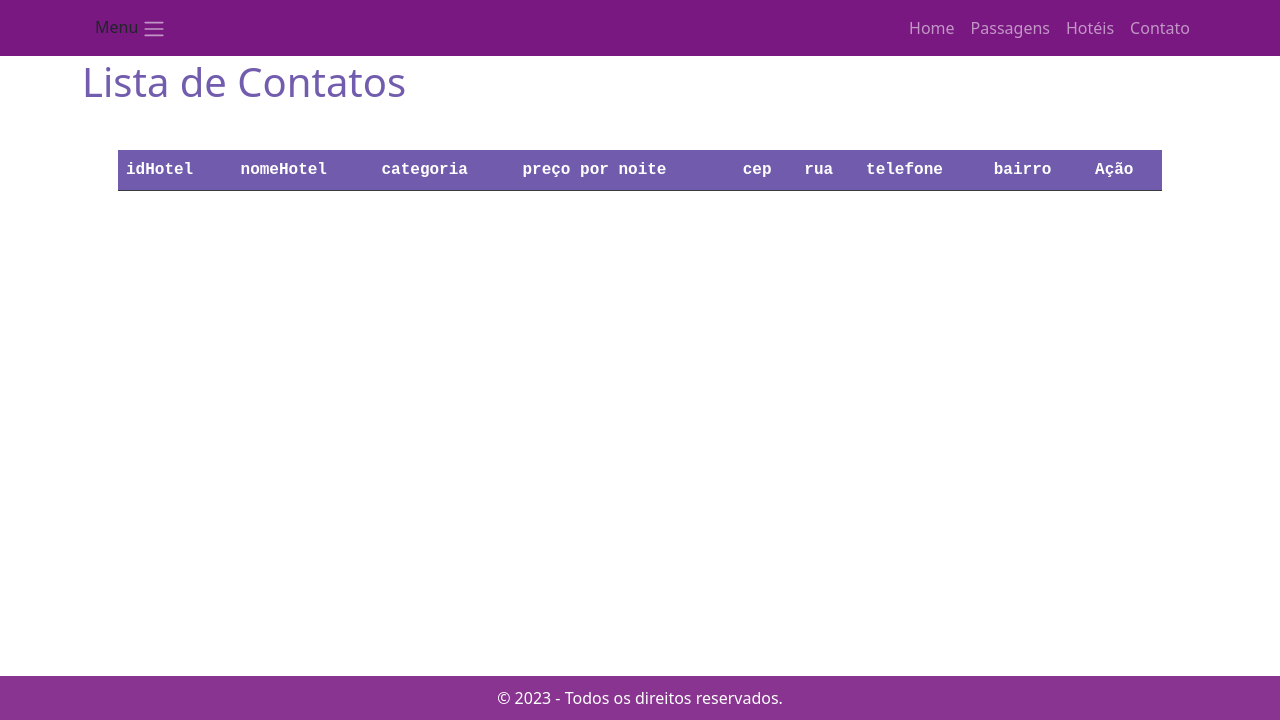
Repository: gabilorpi/AgenciaSpringMVC
Page: http://localhost/views/hotel/atualizar
The author's editor kept a copy of each file at every save. The page is drawn from the files as they stood at one save, then again after the next save.
The browser window is 1280 px wide. The pictures show the whole page.
The page is this project's Thymeleaf template; nobody is signed in. The template is opened directly, without the code that normally fills it, so the values that code supplies are empty.

Above is the page before, as saved 2023-12-12 17:42:45.

### AgenciaSpringMVC/src/main/resources/templates/views/hotel/atualizar.html
<!DOCTYPE html>
<html lang="pt-br" xmlns:th="http://www.thymeleaf.org">

<head>
	<meta charset="UTF-8">
	<meta name="viewport" content="width=device-width, initial-scale=1.0">
	<link rel="stylesheet" href="https://cdnjs.cloudflare.com/ajax/libs/twitter-bootstrap/5.3.0/css/bootstrap.min.css">
	<link rel="stylesheet" href="https://cdnjs.cloudflare.com/ajax/libs/font-awesome/6.0.0-beta3/css/all.min.css">
	<title>Buscadores de Aventuras</title>
	<meta charset="UTF-8">
	<title>Insert title here</title>

	<style>
		nav {
			margin-bottom: 2px;
			background-color: #791881;
		}

		.navbar-brand {
			width: 70px;
			height: auto;
		}

		header,
		footer {
			width: 100%;
			padding: 10px;
			display: flex;
			justify-content: center;
			align-items: center;
			background: rgba(121, 24, 129, 0.877);
			color: #ffffff;
			box-sizing: border-box;
			position: absolute;
			bottom: 0;
		}

		h1 {
			margin-bottom: 20px;
			color: #5f46a3e1;
		}

		.table {
			position: relative;
			background-color: #fff;
			font-family: 'Courier New', Courier, monospace;
		}

		.table th {
			background-color: #5f46a3e1;
			color: #fff;
			font-family: 'Courier New', Courier, monospace;
		}
	</style>

</head>

<body>

	<nav class="navbar navbar-expand-lg navbar-dark">
		<div class="container">
			<button class="btn btn" type="button" data-bs-toggle="offcanvas" data-bs-target="#offcanvasRight"
				aria-controls="offcanvasRight">
				Menu
				<span class="navbar-toggler-icon"></span>
			</button>
			<div class="collapse navbar-collapse" id="navbarNav">
				<ul class="navbar-nav ms-auto">
					<li class="nav-item">
						<a class="nav-link" href="">Home</a>
					</li>
					<li class="nav-item">
						<a class="nav-link" href="">Passagens</a>
					</li>
					<li class="nav-item">
						<a class="nav-link" href="./././hotel.html">Hotéis</a>
					</li>
					<li class="nav-item">
						<a class="nav-link" href="">Contato</a>
					</li>
				</ul>
			</div>
		</div>
	</nav>

	<main class="container" id="main-container">
		<h1>Lista de Contatos</h1>
		<div class="container">
			<div class="p-4">

				<table class="table table-hover">
					<thead class="table-dark">
						<tr>
							<th scope="col">idHotel</th>
							<th scope="col">nomeHotel</th>
							<th scope="col">categoria</th>
							<th scope="col">preço por noite</th>
							<th scope="col">cep</th>
							<th scope="col">rua</th>
							<th scope="col">telefone</th>
							<th scope="col">bairro</th>
							<th scope="col">Ação</th>
						</tr>
					</thead>
					<tbody>

						<tr th:each="hotel : ${hoteis}">
							<td th:text="${hotel.idHotel}"></td>
							<td th:text="${hotel.nomeHotel}" class="name"></td>
							<td th:text="${hotel.categoria}"></td>
							<td th:text="${hotel.PrecoPorNoite}"></td>
							<td th:text="${hotel.cep}"></td>
							<td th:text="${hotel.rua}"></td>
							<td th:text="${hotel.telefone}"></td>
							<td th:text="${hotel.bairro}"></td>


							<td>
								<div class="d-flex">

										<a th:href="@{'/hotel'}" data-bs-toggle="modal"
											th:data-bs-target="'#exampleModal' + ${hotel.idHotel}"
											class="btn btn-warning" title="Editar">
											<i class="fas fa-edit"></i>
										</a>

										<a th:href="@{'/hotel/' + ${hotel.idHotel} + '/excluir'}"
											class="btn btn-danger" title="Cancelar"
											onclick="return confirm('Deseja excluir  hotel?')">
											<i class="fas fa-trash"></i>
										</a>
									</div>


									<!-- Modal 	-->
									<div class="modal fade" th:id="'exampleModal' + ${hotel.idHotel}" tabindex="-1"
										aria-labelledby="exampleModalLabel" aria-hidden="true">
										<div class="modal-dialog">
											<div class="modal-content">
												<div class="modal-header">
													<h1 class="modal-title fs-5" id="exampleModalLabel">Modal
														title</h1>
													<button type="button" class="btn-close" data-bs-dismiss="modal"
														aria-label="Close"></button>
												</div>
												<div class="modal-body">
													<form th:action="@{/hotel/atualizar}" method="post"
														th:object="${hotel}">
														<h2 class="text-center">Atualizar</h2>

														<input type="hidden" id="idHotel" name="idHotel"
															class="form-control" th:value="${hotel.idHotel}" />


															<div class="form-group mb-3">
															<label for="nomeHotel" class="form-label">
																Nome
															</label>
															<input type="text" id="nomeHotel" name="nomeHotel"
																class="form-control"
																th:value="${hotel.nomeHotel}" />
														</div>


														<div class="form-group mb-3">
															<label for="categoria" class="form-label">
																Categoria
															</label>
															<select class="form-control" th:id="categoria" th:value="${hotel.categoria}">
												                <option value="1">Categoria 1</option>
												                <option value="2">Categoria 2</option>
												                <option value="3">Categoria 3</option>
												                <option value="4">Categoria 4</option>
												                <option value="5">Categoria 5</option>
											              </select>
														</div>



														<div class="form-group mb-3">
															<label for="precoPorNoite" class="form-label">
																Preço Por Noite
															</label>
															<input type="text" id="precoPorNoite" name="precoPorNoite"
																class="form-control" th:value="${hotel.precoPorNoite}" />
														</div>


														<div class="form-group mb-3">
															<label for="cep" class="form-label">
																Cep
															</label>
															<input type="text" id="cep" name="cep"
																class="form-control" th:value="${hotel.cep}" />
														</div>


														<div class="form-group mb-3">
															<label for="rua" class="form-label">
																Rua
															</label>
															<input type="text" id="rua" name="rua"
																class="form-control" th:value="${hotel.rua}" />
														</div>


														<div class="form-group mb-3">
															<label for="telefone" class="form-label">
																Telefone
															</label>
															<input type="text" id="telefone" name="telefone"
																class="form-control" th:value="${hotel.telefone}" />
														</div>


														<div class="form-group mb-3">
															<label for="bairro" class="form-label">
																Bairro
															</label>
															<input type="text" id="bairro" name="bairro"
																class="form-control" th:value="${hotel.bairro}" />
														</div>



														<button type="submit" class="btn btn-primary">
															Enviar
														</button>
														<a href="./hotel" class="btn btn-danger"
															style="margin-left: 10px">
															Cancelar
														</a>
													</form>
												</div>

											</div>
										</div>

									</div>
							</td>


						</tr>

					</tbody>
				</table>
			</div>
		</div>






	</main>

	<!-- ... (código do menu lateral) ... -->

	<div class="offcanvas offcanvas-start" tabindex="-1" id="offcanvasRight" aria-labelledby="offcanvasRightLabel">
		<div class="offcanvas-header">
			<h5 class="offcanvas-title" id="offcanvasRightLabel">Menu</h5>
			<button type="button" class="btn-close" data-bs-dismiss="offcanvas" aria-label="Close"></button>
		</div>
		<div class="offcanvas-body">
			<ul class="nav flex-column">
				<li class="nav-item">
					<a class="nav-link" href="index.html">Home</a>
				</li>
				<li class="nav-item">
					<a class="nav-link" href="../projeto/passagens.html">Passagens</a>
				</li>
				<li class="nav-item">
					<a class="nav-link" href="../projeto/hoteis.html">Hotéis</a>
				</li>
				<li class="nav-item">
					<a class="nav-link" href="../projeto/contato.html">Contato</a>
				</li>

			</ul>
		</div>
	</div>

	<footer class="mt-3">© 2023 - Todos os direitos reservados.</footer>

	<script src="https://code.jquery.com/jquery-3.5.1.slim.min.js"></script>
	<script src="https://cdn.jsdelivr.net/npm/@popperjs/core@2.9.3/dist/umd/popper.min.js"></script>
	<script src="https://maxcdn.bootstrapcdn.com/bootstrap/4.5.2/js/bootstrap.min.js"></script>
	<script src="https://cdn.jsdelivr.net/npm/@popperjs/core@2.11.6/dist/umd/popper.min.js"></script>
	<script src="https://cdn.jsdelivr.net/npm/bootstrap@5.2.1/dist/js/bootstrap.min.js"></script>

</body>

</html>

After the next save:
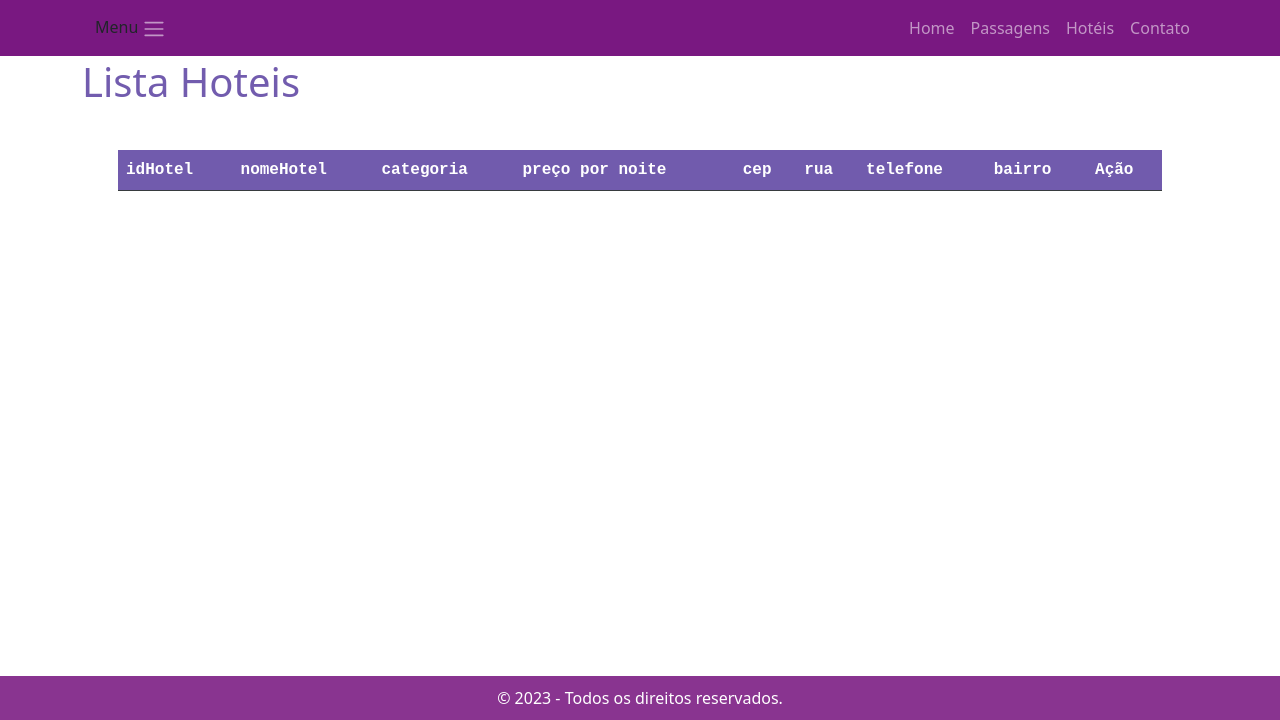
Saved 76 s later.
--- a/AgenciaSpringMVC/src/main/resources/templates/views/hotel/atualizar.html
+++ b/AgenciaSpringMVC/src/main/resources/templates/views/hotel/atualizar.html
@@ -84,7 +84,7 @@
 	</nav>
 
 	<main class="container" id="main-container">
-		<h1>Lista de Contatos</h1>
+		<h1>Lista Hoteis</h1>
 		<div class="container">
 			<div class="p-4">
 
